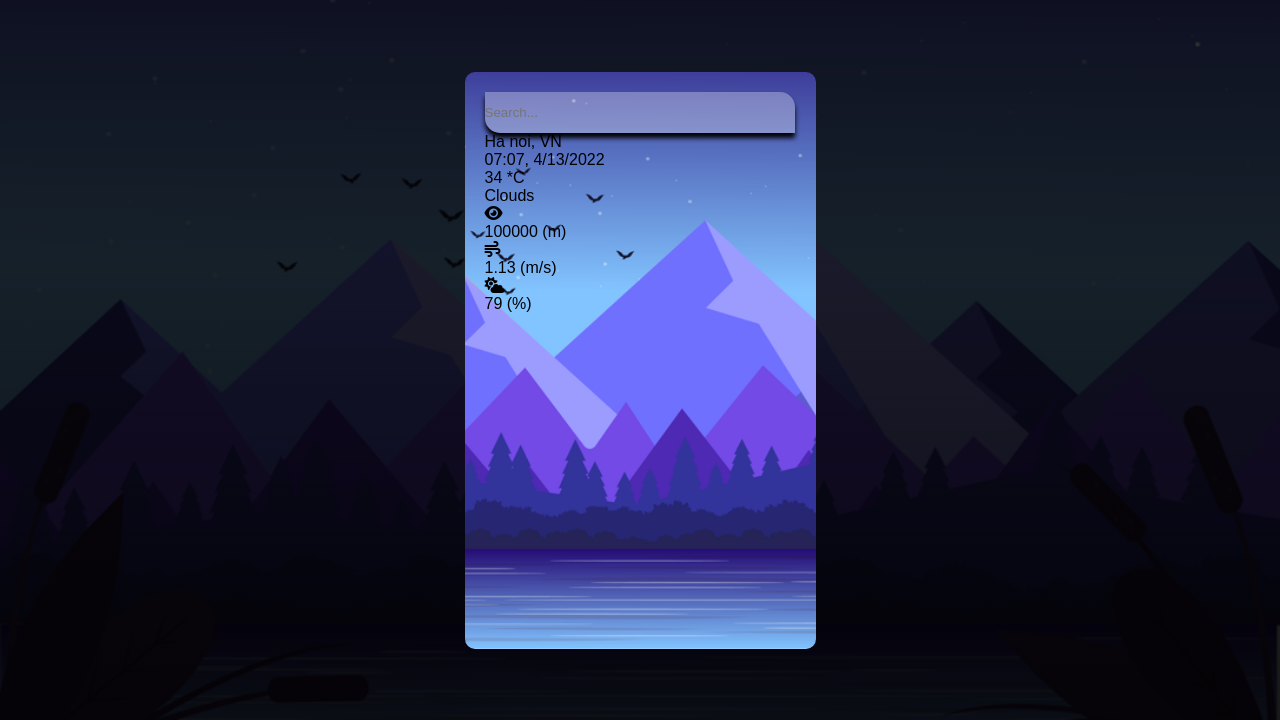
Repository: nganha241/weather-app
Page: index.html
The author's editor kept a copy of each file at every save. The page is drawn from the files as they stood at one save, then again after the next save.
The browser window is 1280 px wide. The pictures show the whole page.
Some web libraries are served in a nearby version.

Above is the page before, as saved 2022-04-13 09:00:45.

After the next save:
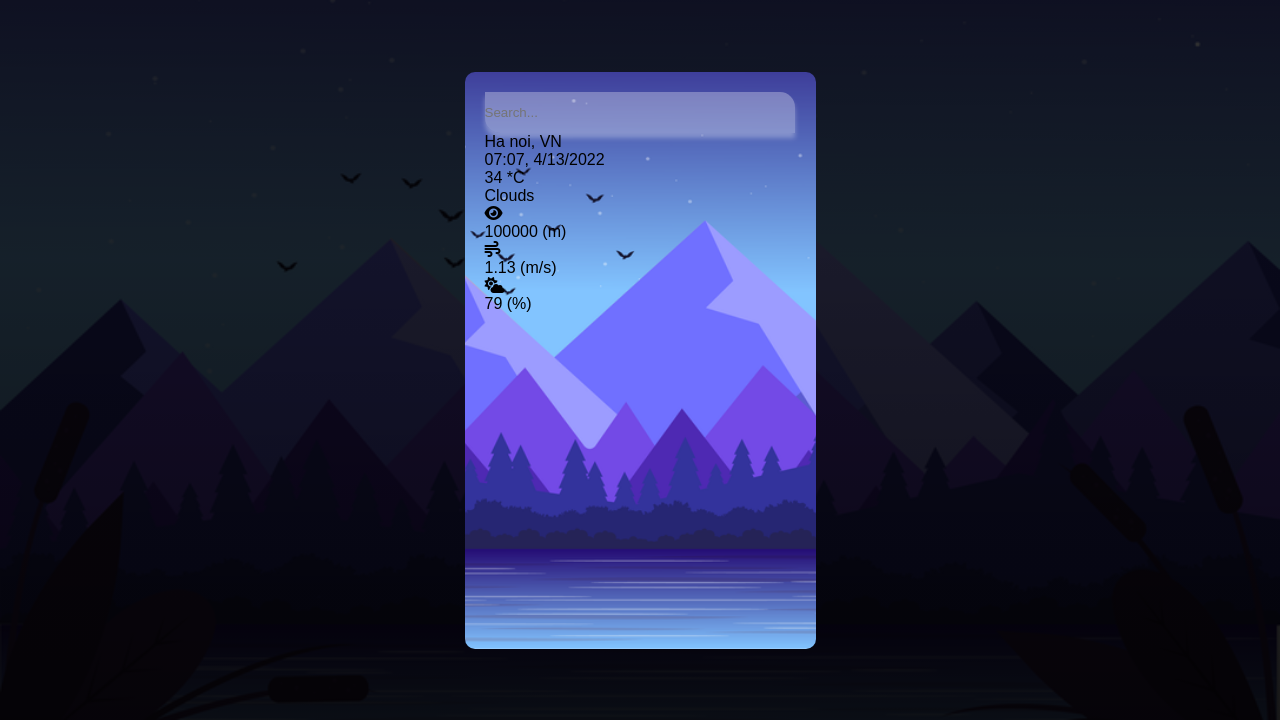
Saved 15 s later.
--- a/style.css
+++ b/style.css
@@ -29,5 +29,5 @@
     border-bottom-left-radius: 15px;
     border: none;
     background: rgba(255, 255, 255, 0.3);
-    box-shadow: 0px 5px 5px;
+    box-shadow: 0px 5px 5px rgba(255, 255, 255, 0.3);
 }

After the save that followed:
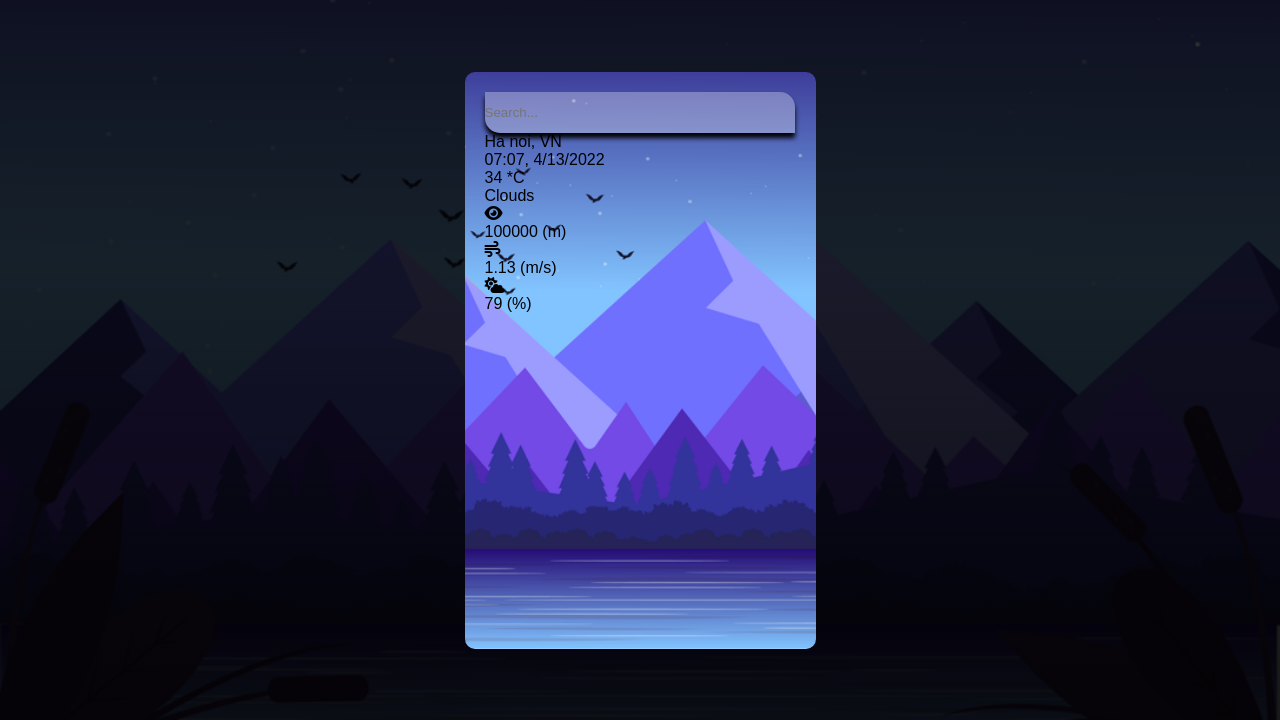
Saved 14 s later.
--- a/style.css
+++ b/style.css
@@ -29,5 +29,5 @@
     border-bottom-left-radius: 15px;
     border: none;
     background: rgba(255, 255, 255, 0.3);
-    box-shadow: 0px 5px 5px rgba(255, 255, 255, 0.3);
+    box-shadow: 0px 5px 5px ;
 }
